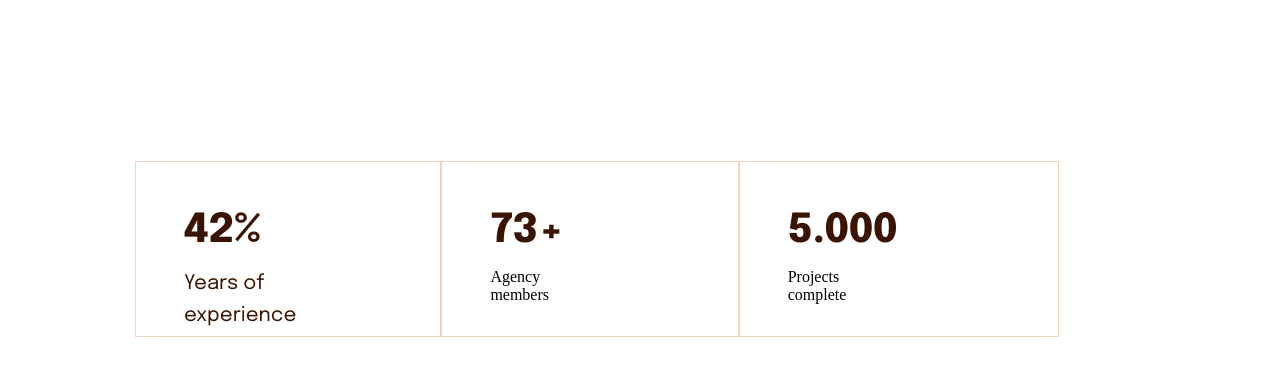
Repository: simralgasimov/task6
Page: index.html
These files come from the project's save history. The page is drawn as it stood at one moment and after the next save; the edit follows.
The browser window is 1280 px wide. The pictures show the whole page.

Above is the page before, as saved 2023-08-30 13:13:11.

### index.html
<!DOCTYPE html>
<html lang="en">

<head>
    <meta charset="UTF-8">
    <meta name="viewport" content="width=device-width, initial-scale=1.0">
    <title>Document</title>
    <link rel="stylesheet" href="index.css">
</head>

<body>
    <div class="container">
        <div class="container-1">
            <ul>
                <li class="box-1">
                    <h1>42% </h1>
                    <p>Years of experience </p>
                </li>
                <li class="box-2">
                    <h1>73+ </h1>
                    <p>Agency members </p>

                </li>
                <li class="box-3">
                    <h1>5.000 </h1>
                    <p>Projects complete </p>
                </li>
            </ul>
        </div>
        <div class="container-2"></div>

    </div>
</body>

</html>

### index.css
@import url("https://fonts.googleapis.com/css2?family=Epilogue:wght@400;800&display=swap");

* {
  margin: 0;
  padding: 0;
  box-sizing: border-box;
}

.container {
  padding: 161px 131px 108px 135px;
}

.container-1 ul {
  display: flex;
  width: 391px;
  height: 176px;
}

.container-1 ul .box-1 {
  padding: 45px 144px 38px 48px;
  list-style: none;
  border: 1px solid #f3d1bf;
}

.container-1 ul .box-2 {
  padding: 45px 173px 38px 48px;
  list-style: none;
  border: 1px solid #f3d1bf;
}

.container-1 ul  .box-3 {
  padding: 45px 160px 38px 48px;
  list-style: none;
  border: 1px solid #f3d1bf;
}

.container-1 ul  h1 {
  margin-bottom: 13px;
  color: var(--text-dark, #391400);
  font-feature-settings: "clig" off, "liga" off;

  font-family: Epilogue;
  font-size: 40px;
  font-style: normal;
  font-weight: 800;
  line-height: 48px;
}

.container-1 ul
.box-1 p {
  color: var(--text-dark, #391400);
  font-feature-settings: "clig" off, "liga" off;
  font-family: Epilogue;
  font-size: 20px;
  font-style: normal;
  font-weight: 400;
  line-height: 32px;
}

After the next save:
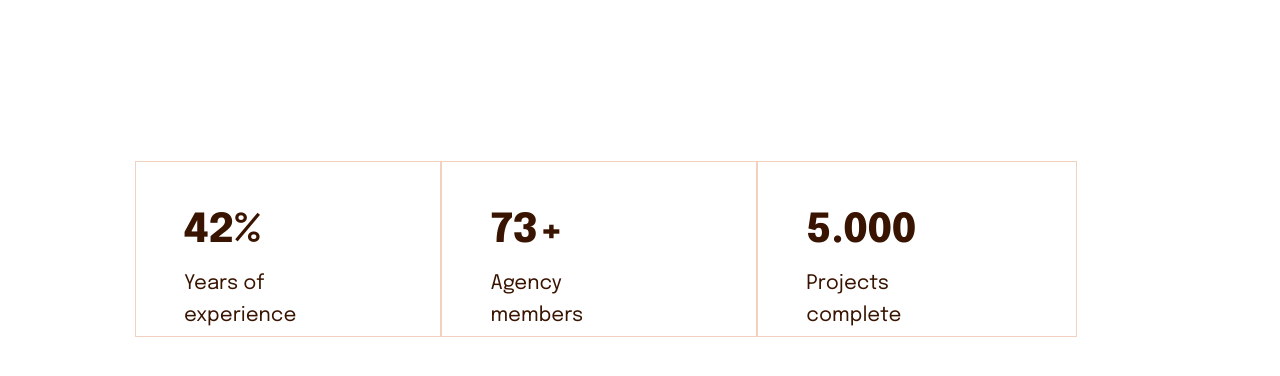
Saved 21 s later.
--- a/index.css
+++ b/index.css
@@ -46,8 +46,7 @@
   line-height: 48px;
 }
 
-.container-1 ul
-.box-1 p {
+.container-1 ul li p {
   color: var(--text-dark, #391400);
   font-feature-settings: "clig" off, "liga" off;
   font-family: Epilogue;
